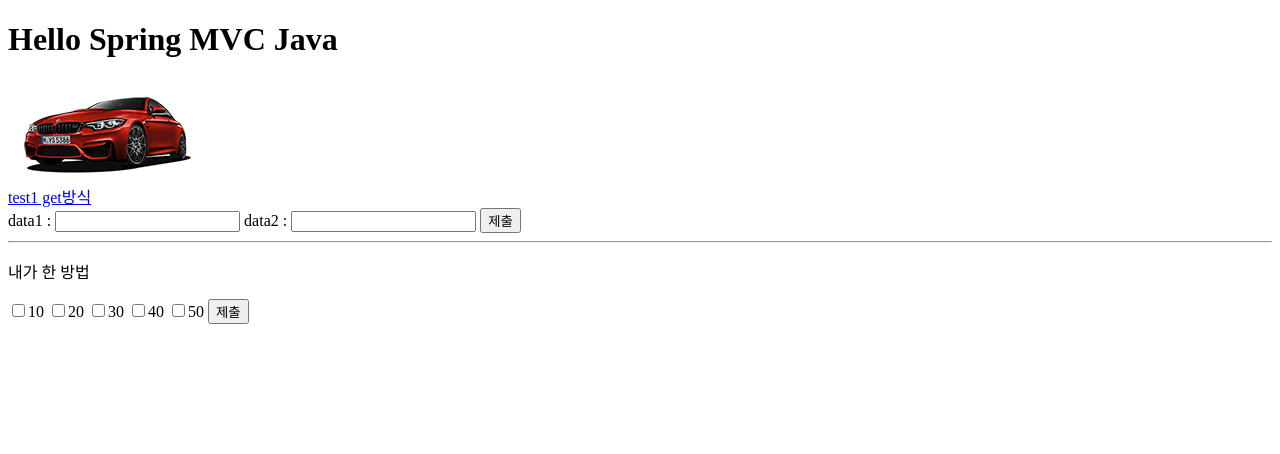
Repository: kangseongwuk/Spring
Page: http://localhost/WebSpringSample3_parameter/WEB-INF/views/index.jsp
An editor plug-in stored every save of this project. The page is shown before and after the next save, followed by the edit.
The browser window is 1280 px wide. The pictures show the whole page.
The page is served by Tomcat 9. Nobody is signed in. Other server files are loaded and not shown. The template is opened directly, without the code that normally fills it, so the values that code supplies are empty.

Above is the page before, as saved 2022-10-11 03:48:18.
Console error: TypeError: Cannot read properties of null (reading 'checked')

### WebSpringSample3_parameter/src/main/webapp/WEB-INF/views/index.jsp
<%@ page language="java" contentType="text/html; charset=UTF-8"
    pageEncoding="UTF-8"%>
<!DOCTYPE html>
<html>
<head>
<meta charset="UTF-8">
<title>Insert title here</title>
<script type="text/javascript">
	if(document.getElementById("data1").checked){
		document.getElementByID("data1_hidden").disabled=true;
	}
	if(document.getElementById("data2").checked){
		document.getElementByID("data2_hidden").disabled=true;
	}
	if(document.getElementById("data3").checked){
		document.getElementByID("data3_hidden").disabled=true;
	}
	if(document.getElementById("data4").checked){
		document.getElementByID("data4_hidden").disabled=true;
	}
	if(document.getElementById("data5").checked){
		document.getElementByID("data5_hidden").disabled=true;
	}
</script>
</head>
<body>
	<h1>Hello Spring MVC Java</h1>
	<img src="image/bmwmodel_205.png"/><br>
	<a href="test1?data1=100&data2=200">test1 get방식</a><br>

	<form action="result2">
		<label>data1 : <input type="text" name=data1></label>
		<label>data2 : <input type="text" name=data2></label>
		<label><input type="submit" value="제출" ></label>
	</form>

	<hr>
	<p>내가 한 방법</p>
	<form action="result3" method="get">
	<input type="checkbox" value="10" name=data1>10
	<input type="hidden" value="0" name=data1 id=data1_hidden/>
	<input type="checkbox" value="20" name=data2>20
	<input type="hidden" value="0" name=data2 id=data2_hidden/>
	<input type="checkbox" value="30" name=data3>30
	<input type="hidden" value="0" name=data3 id=data3_hidden/>
	<input type="checkbox" value="40" name=data4>40
	<input type="hidden" value="0" name=data4 id=data4_hidden/>
	<input type="checkbox" value="50" name=data5>50
	<input type="hidden" value="0" name=data5 id=data5_hidden/>

	<input type="submit" value="제출">
	</form>
</body>
</html>

<!--
.요청 방식 지정하기

Spring MVC 는 요청 주소별로 메서드를 정의할 수도 있지만 같은 요청 주소에서 요청 방식에 따라 메서드를 정의할 수도 있습니다.
GET, POST, PUT, DELELTE, PATCH 에 대해 처리할 수 있습니다.

@RequestMapping
RequestMapping 어노테이션은 요청 주소 셋팅 뿐만 아니라 요청 방식도 설정할 수 있습니다.

@RequestMapping(value = "/test1", method = RequestMethod.GET)
public String test1() {
	return "test1";
}

요청 어노테이션

RequestMapping 대신 요청별로 제공되는 어노테이션을 사용할 수도 있습니다.
@GetMapping("/test4")
public String test4() {
	return "test4";
}

@PostMapping("/test5")
public String test5() {
	return "test5";
}


동시에 설정하기

RequestMapping은 요청 방식들을 동시에 설정할 수 있습니다.

@RequestMapping(value = "/test7", method = {RequestMethod.GET, RequestMethod.POST})
public String test7() {
	return "test7";
}
 -->

After the next save:
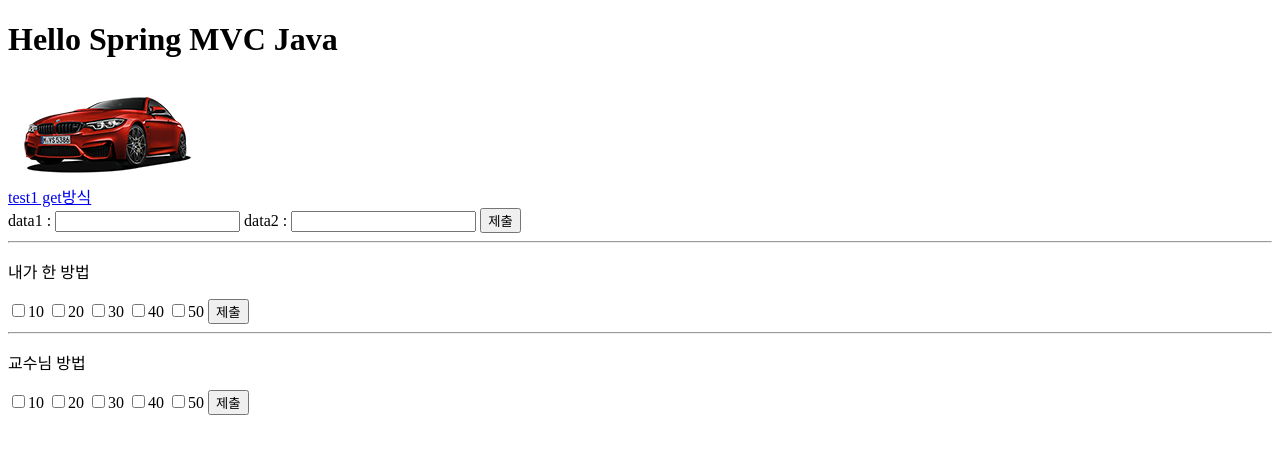
Saved 15 s later.
--- a/WebSpringSample3_parameter/src/main/webapp/WEB-INF/views/index.jsp
+++ b/WebSpringSample3_parameter/src/main/webapp/WEB-INF/views/index.jsp
@@ -47,7 +47,21 @@
 	<input type="hidden" value="0" name=data4 id=data4_hidden/>
 	<input type="checkbox" value="50" name=data5>50
 	<input type="hidden" value="0" name=data5 id=data5_hidden/>
-
+	<input type="submit" value="제출">
+	</form>
+	<hr>
+	<p>교수님 방법</p>
+	<form action="result4" method="get">
+	<input type="checkbox" value="10" name=data1>10
+	<input type="hidden" value="0" name=data1 id=data1_hidden/>
+	<input type="checkbox" value="20" name=data2>20
+	<input type="hidden" value="0" name=data2 id=data2_hidden/>
+	<input type="checkbox" value="30" name=data3>30
+	<input type="hidden" value="0" name=data3 id=data3_hidden/>
+	<input type="checkbox" value="40" name=data4>40
+	<input type="hidden" value="0" name=data4 id=data4_hidden/>
+	<input type="checkbox" value="50" name=data5>50
+	<input type="hidden" value="0" name=data5 id=data5_hidden/>
 	<input type="submit" value="제출">
 	</form>
 </body>
